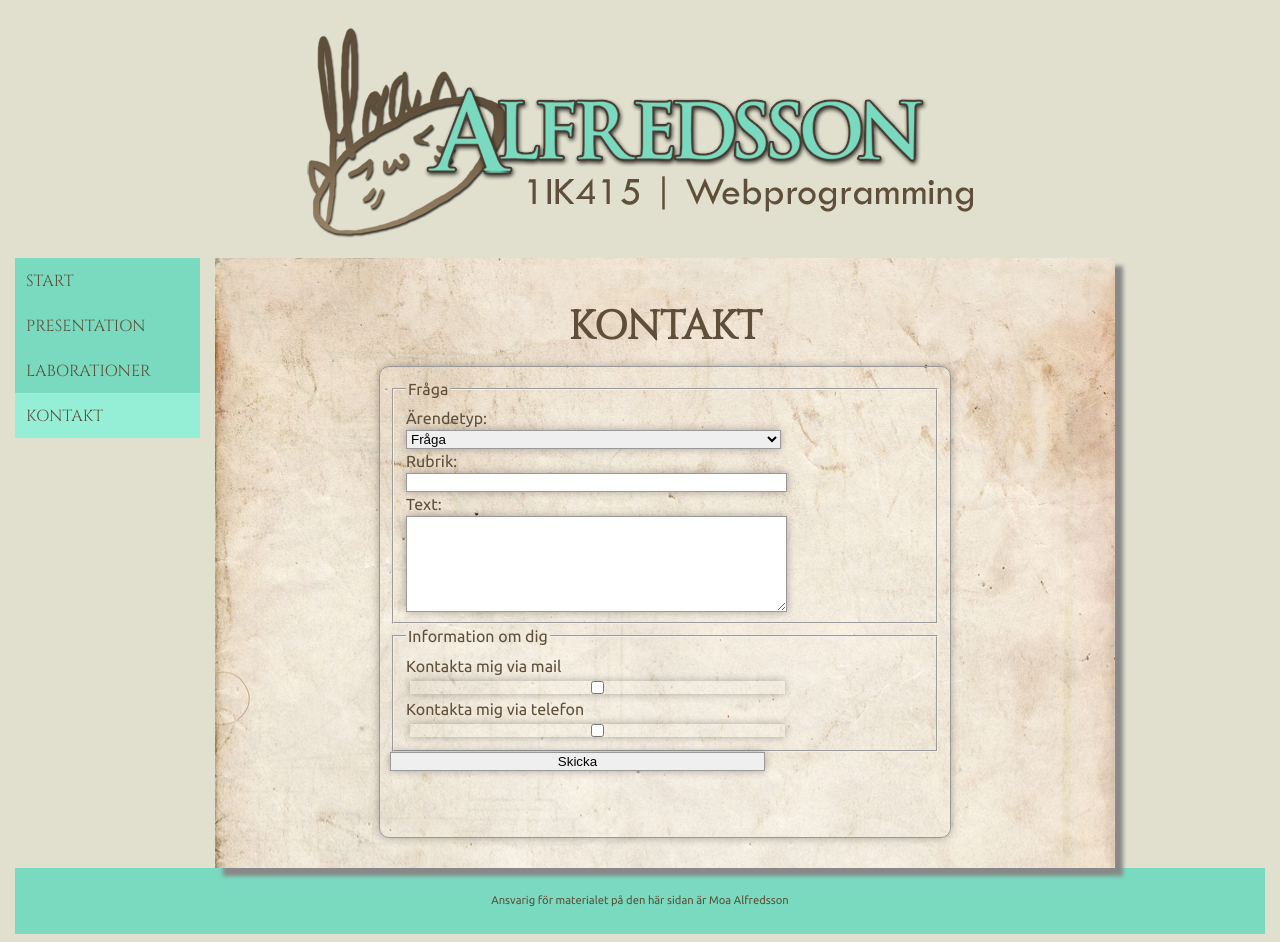
Repository: ma223md/1ik415
Page: pages/kontakt.html
The author's editor kept a record of every edit. The page is drawn from the files as they stood at one moment, then again after the next edit.
The browser window is 1280 px wide. The pictures show the whole page.

Above is the page before.

### pages/kontakt.html
<!DOCTYPE html>
<html>
    <head>
        <title>Kontakt</title>
        <meta charset="UTF-8">
        <!-- Gör så att svenska bokstäver visas korrekt -->
        <link rel="stylesheet" href="../css/style2.css" />
        <link href='//fonts.googleapis.com/css?family=Ubuntu' rel='stylesheet' type='text/css'>
        <link href='//fonts.googleapis.com/css?family=Cinzel' rel='stylesheet' type='text/css'>
    </head>
    <body>
        <div id="container">
            <div id="header">
            </div>
            <div id="navigation">
            <ul>
                <li><a href="../index.html">Start</a></li>
                <li><a href="../pages/presentation.html" >Presentation</a></li>
                <li><a href="../pages/laborationer.html">Laborationer</a></li>
                <li><a href="../pages/kontakt.html" class="active">Kontakt</a></li>
                </ul>
            </div>
            <div id="content">
                <h1>Kontakt</h1>
                <form name="contactForm" action="http://voyager.lnu.se/tekinet/kurser/dtt/wp_webbintro/form.php" method="post">
                    <fieldset>
                        <legend>Fråga</legend>
                        <span>Ärendetyp:</span>
                        <select name="errand">
                            <option value="question">Fråga</option>
                            <option value="greeting">Hälsning</option>
                            <option value="other">Övrigt</option>
                        </select>
                        <span>Rubrik:</span> <input type="text" name="headline">
                        <span>Text:</span> <textarea  name="comments" cols="25" rows="6"></textarea>
                    </fieldset>
                    <fieldset>
                        <legend>Information om dig</legend>
                        <span>Kontakta mig via mail</span> <input type="checkbox" name="contact" value="mail">
                        <span>Kontakta mig via telefon</span> <input type="checkbox" name="contact" value="phone">
                    </fieldset>
                    <input type="submit" value="Skicka" name="send" class="button">
                </form>
            </div>
            <div id="footer">
                <p>Ansvarig för materialet på den här sidan är Moa Alfredsson</p>
            </div>
        </div>
    </body>
</html>

### css/style2.css
/* Layout */

/*  Colors
    Main: #e1e0ce
    Navigation: #79dac0
    Content text: #5f4f3a
*/
body
    {
        background: #e1e0ce;
        line-height: 1.5em;
    }

#header
    {
        background-image: url(pics/logga2.png);
        background-repeat: no-repeat;
        background-position: center;
        height:250px;
    }

#container
    {
        background: #e1e0ce;
        width: 1250px;
        overflow: auto;
        margin: 0 auto;
    }


#header img
    {
        padding-top: 15px;
        padding-left: 185px;
    }

#navigation
    {
        float: left;
        background: #e1e0ce;
        width: 200px;
    }

#navigation ul
    {
        margin: 0;
        padding: 0;
        width:185px;
        list-style-type: none;
    }
/* Ändrar lista till menyknappar */
#navigation ul li a
    {
        color: #5f4f3a;
        background-color: #79dac0;
        padding: 10.5px 11px;
        display:block;
        font-family: 'Cinzel', serif;
        text-transform: uppercase;
        text-decoration: none;
    }
/* Färgar aktiv länk i meny */
#navigation ul li .active
    {
    color: #5f4f3a;
    background-color: #95efd7;
    }

#navigation ul li a:hover
    {
        background-color:  #95efd7;
    }

#content
    {
        background-image: url(pics/paperbackground.jpg);
        width: 840px;
        float: left;
        box-shadow: 8px 8px 4px #888888;
        padding: 30px;
        color: #5f4f3a;
        font-family: 'Ubuntu', sans-serif;
    }

#content p
    {
        padding-bottom: 10px;
    }

#content .blogdate
    {
        font-size: 0.7em;
        clear: both;
    }

#content h1
    {
        color: #5f4f3a;
        font-family: 'Cinzel', serif;
        font-size: 2.5em;
        text-transform: uppercase;
        text-align: center;
    }

#content h2, h3
    {
        color: #5f4f3a;
        font-family: 'Cinzel', serif;
    }

#content table, th, td
    {
        border: 2px solid #5f4f3a;
    }

#content td
    {
        padding: 10px;
    }

#content a
    {
        color: #5f4f3a;
    }
/* Textwrap för bilder */
.TextWrapRight
    {
        float: right;
        padding-bottom: 10px;
        padding-left: 10px;
    }
.TextWrapLeft
    {
        float: left;
        padding-bottom: 10px;
        padding-right: 10px;
    }

form
{
    margin:auto;
    position:relative;
    width:550px;
    height:450px;
    line-height: 24px;
    color: #5f4f3a;
    font-family: 'Ubuntu', sans-serif;
    text-decoration: none;
    -webkit-border-radius: 10px;
    -moz-border-radius: 10px;

    padding:10px;
    border: 1px solid #999;
    border: inset 1px solid #333;
    -webkit-box-shadow: 0px 0px 8px rgba(0, 0, 0, 0.3);
    -moz-box-shadow: 0px 0px 8px rgba(0, 0, 0, 0.3);
    box-shadow: 0px 0px 8px rgba(0, 0, 0, 0.3);
}

input, option, textarea, select
    {
        width:375px;
        display:block;
        border: 1px solid #999;
        -webkit-box-shadow: 0px 0px 8px rgba(0, 0, 0, 0.3);
        -moz-box-shadow: 0px 0px 8px rgba(0, 0, 0, 0.3);
        box-shadow: 0px 0px 8px rgba(0, 0, 0, 0.3);
    }

/* Placerar footer under kolumnerna */
#footer
    {
        clear: both;
        background: #79dac0;
        height: 66px;
    }

#footer p
    {
        color: #5f4f3a;
        font-family: 'Ubuntu', sans-serif;
        font-size: 0.7em;
        text-align: center;
        padding-top: 20px;
    }

After the next edit:
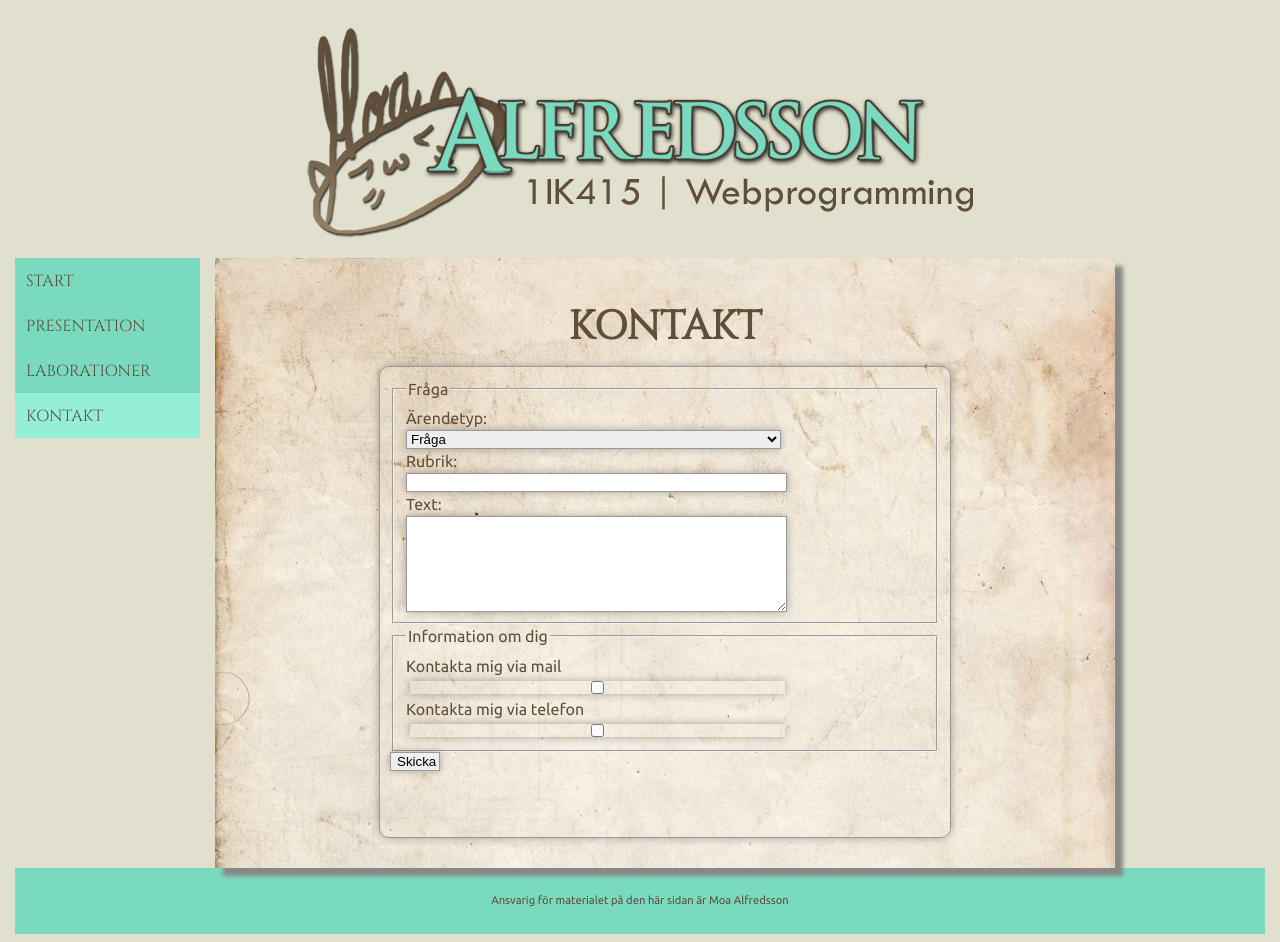
The edit:
--- a/css/style2.css
+++ b/css/style2.css
@@ -167,6 +167,11 @@
         box-shadow: 0px 0px 8px rgba(0, 0, 0, 0.3);
     }
 
+input.button
+{
+    width:50px;
+}
+
 /* Placerar footer under kolumnerna */
 #footer
     {
